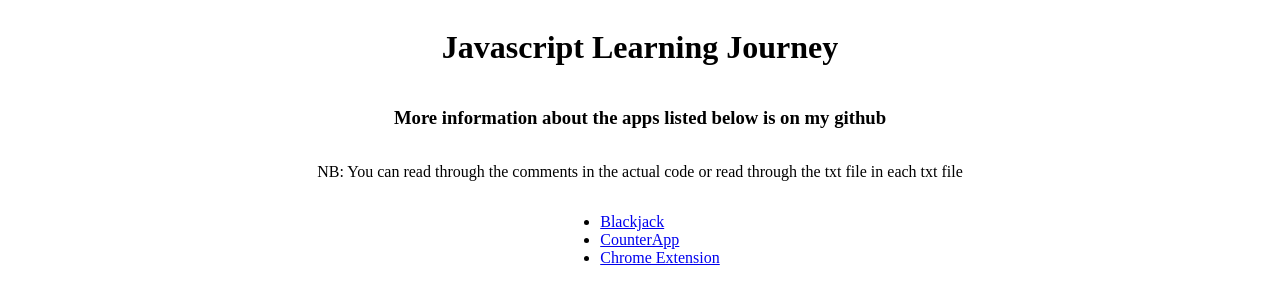
Repository: Siphamandla201/Javascript-Journey
Page: index.html
The author's editor kept a copy of each file at every save. The page is drawn from the files as they stood at one save, then again after a run of saves.
The browser window is 1280 px wide. The pictures show the whole page.

Above is the page before, as saved 2023-07-27 16:18:17.

After the next 5 saves:
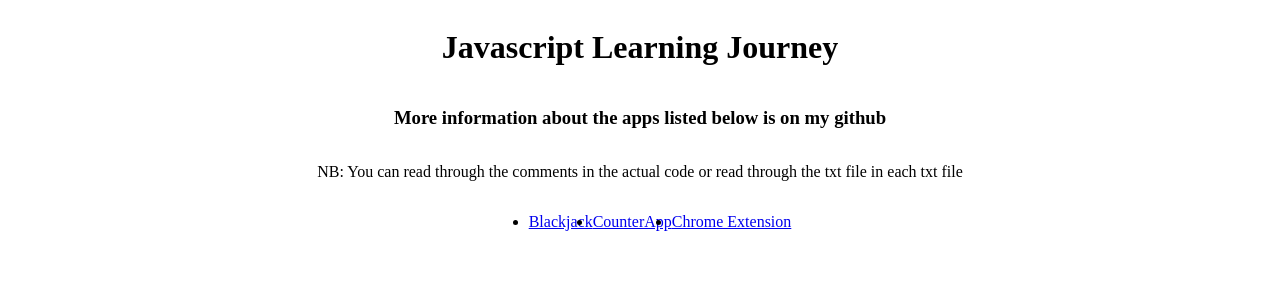
The 5 saves are shown as one change because they came seconds apart.
The last was saved 11 s later.
--- a/style.css
+++ b/style.css
@@ -5,4 +5,6 @@ body {
     justify-content: center;
 }
 
-.class="game-links
+.game-links {
+    display: flex;
+}
